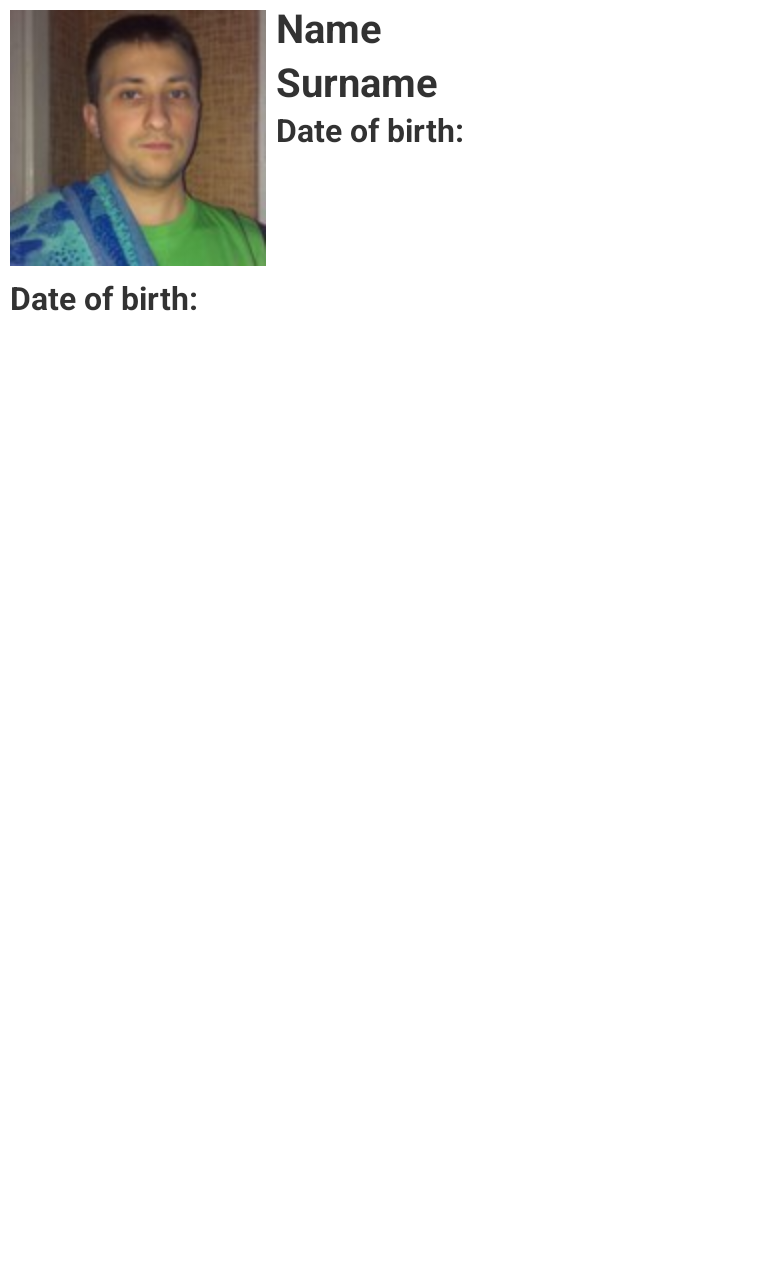
Repository: VanchT/42-test-ivtolkachev
Layout: FacebookFriends/res/layout/activity_main.xml
An editor plug-in stored every save of this project. The layout is shown before and after the next save, followed by the edit.
It is drawn on a 768 x 1280 px phone screen (xhdpi) without system bars, with theme AppTheme; the app's code is not run.

Above is the layout before, as saved 2013-01-09 08:51:42.

After the next save:
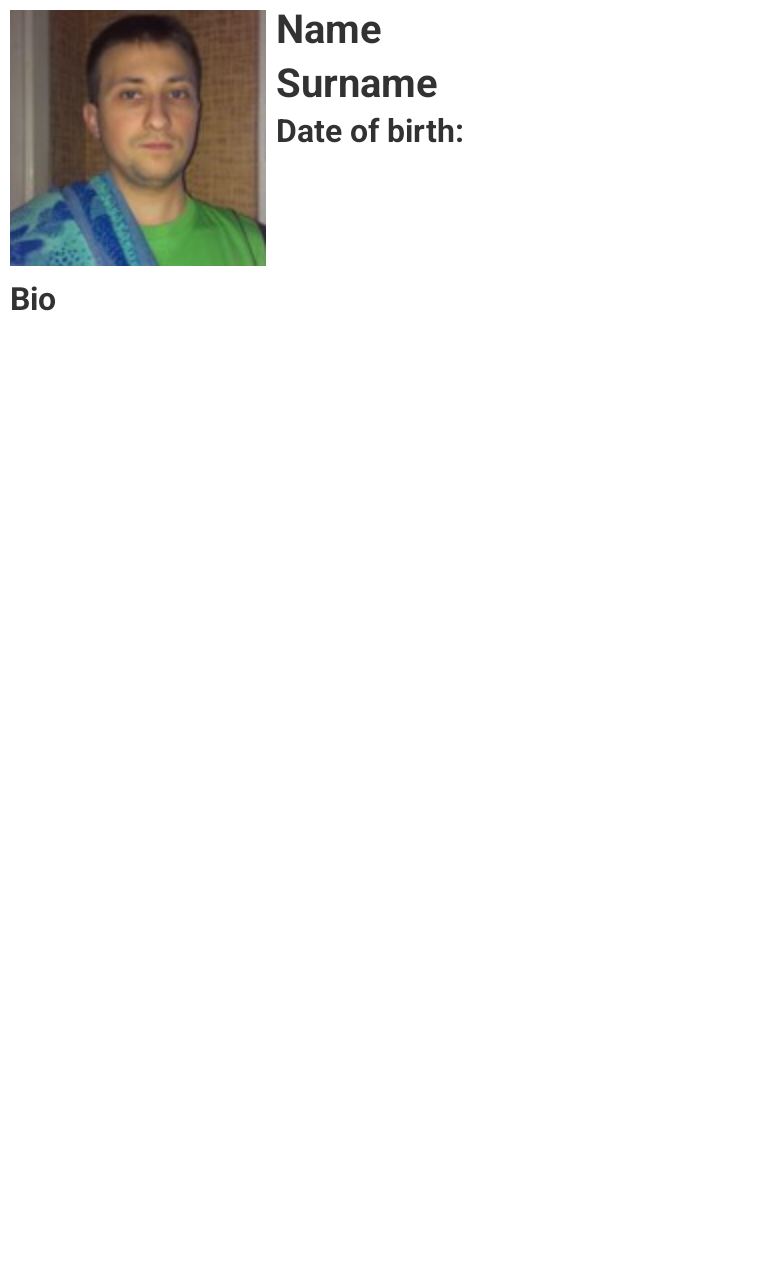
Saved 9 s later.
--- a/FacebookFriends/res/layout/activity_main.xml
+++ b/FacebookFriends/res/layout/activity_main.xml
@@ -62,7 +62,7 @@
         android:layout_alignLeft="@id/image_me"
         android:textStyle="bold"
         android:textSize="16sp"
-        android:text="@string/me_birth"
+        android:text="@string/me_bio"
         />
 
 </RelativeLayout>
